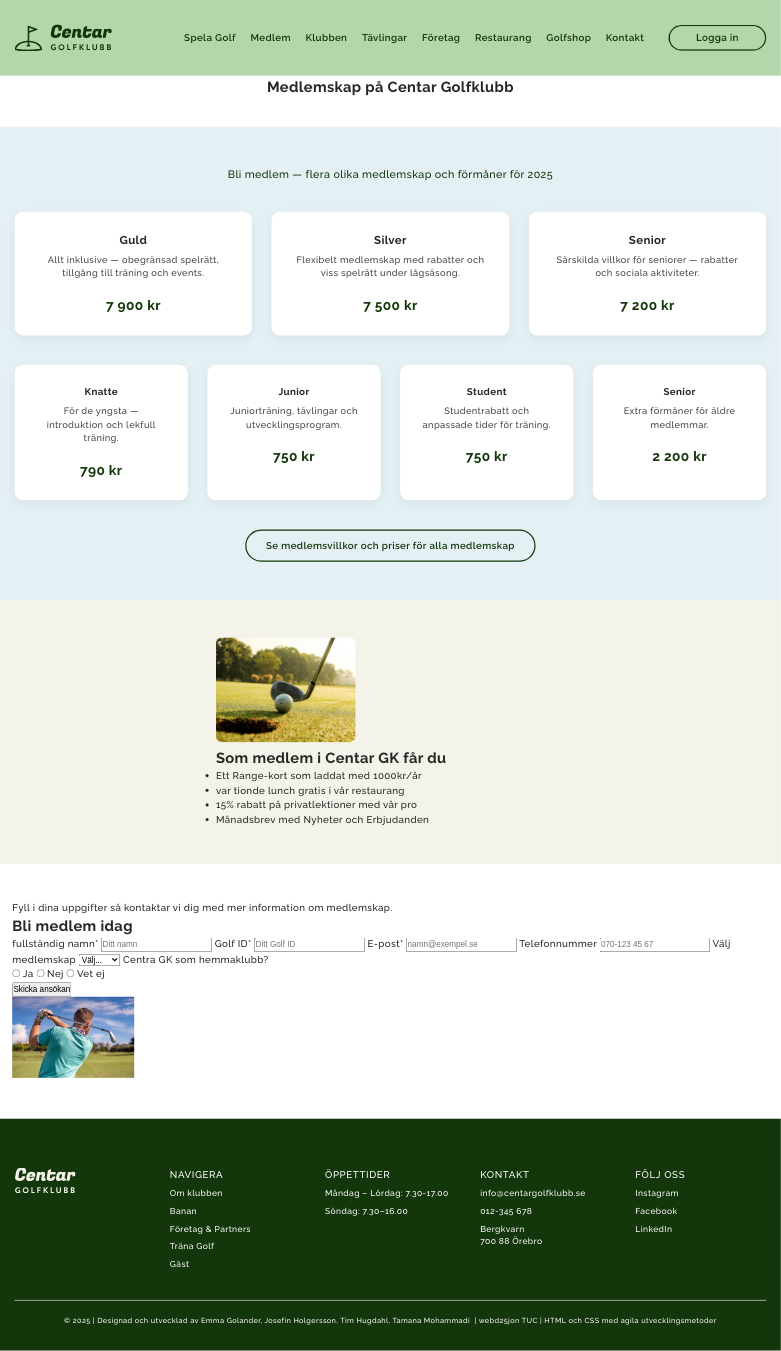
Repository: Tamana831/GolfklubbCentar
Page: Medlem.html
An editor plug-in stored every save of this project. The page is shown before and after the next save, followed by the edit.
The browser window is 1280 px wide. The pictures show the whole page, at 61% of full size.

Above is the page before, as saved 2025-10-24 09:33:55.

After the next save:
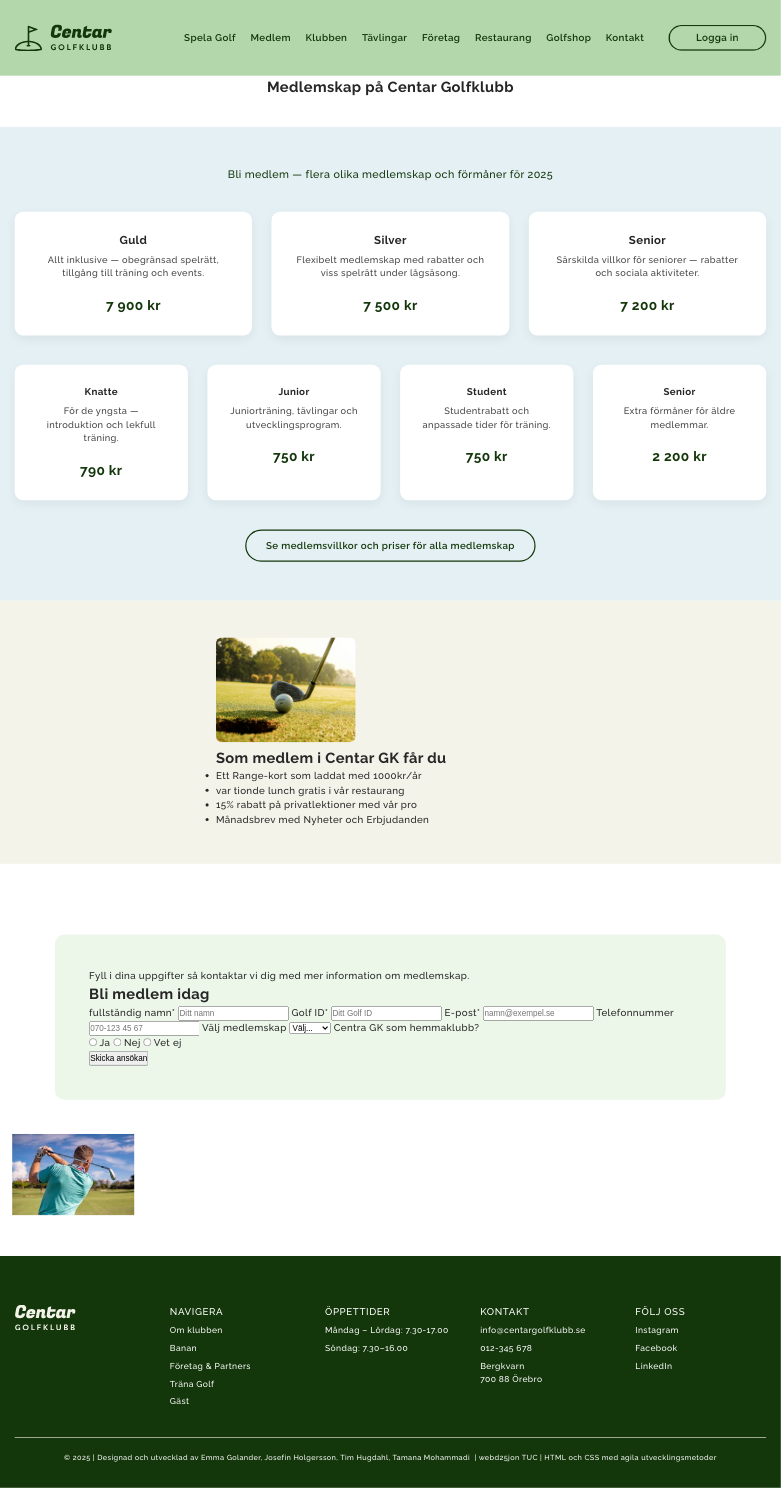
Saved 2 min 29 s later.
--- a/Medlem.html
+++ b/Medlem.html
@@ -122,7 +122,8 @@
 </div>
 <!-- ansökan om medlemskap -->
 <section class="membership-apply">
-  <div class="apply-text">
+  <div class="apply-box">
+  <div class="apply-grinder"></div>
     <p>Fyll i dina uppgifter så kontaktar vi dig med mer information om medlemskap.</p>
     <form class="apply-form">
      <h2>Bli medlem idag</h2>
